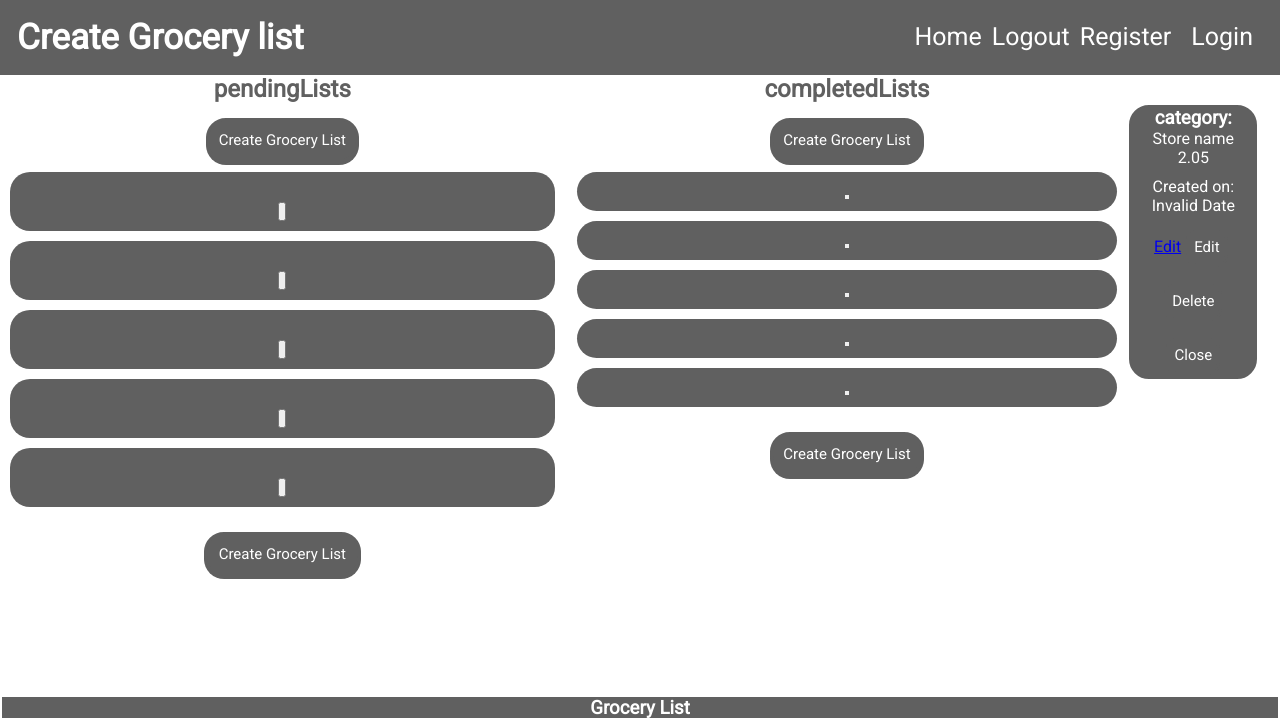
Repository: mhyder1/grocery-client
Page: /grocery-lists/1
The author's editor kept a copy of each file at every save. The page is drawn from the files as they stood at one save, then again after the next save.
The browser window is 1280 px wide. The pictures show the whole page.
The project was rebuilt for these pictures with package versions that can differ from the ones it lists, and the page was loaded fresh each time. Also part of the build but not shown: src/Components/Header/Header.js, src/Components/Errorpage/ErrorPage.js, src/Config/Config.js, src/services/AuthAPIService.js, src/services/TokenService.js, src/Components/Login/Login.js, src/Components/BackButton/BackButton.js, src/Components/ListForm/ListForm.js and 4 more.

Above is the page before, as saved 2020-12-22 23:54:46.

After the next save:
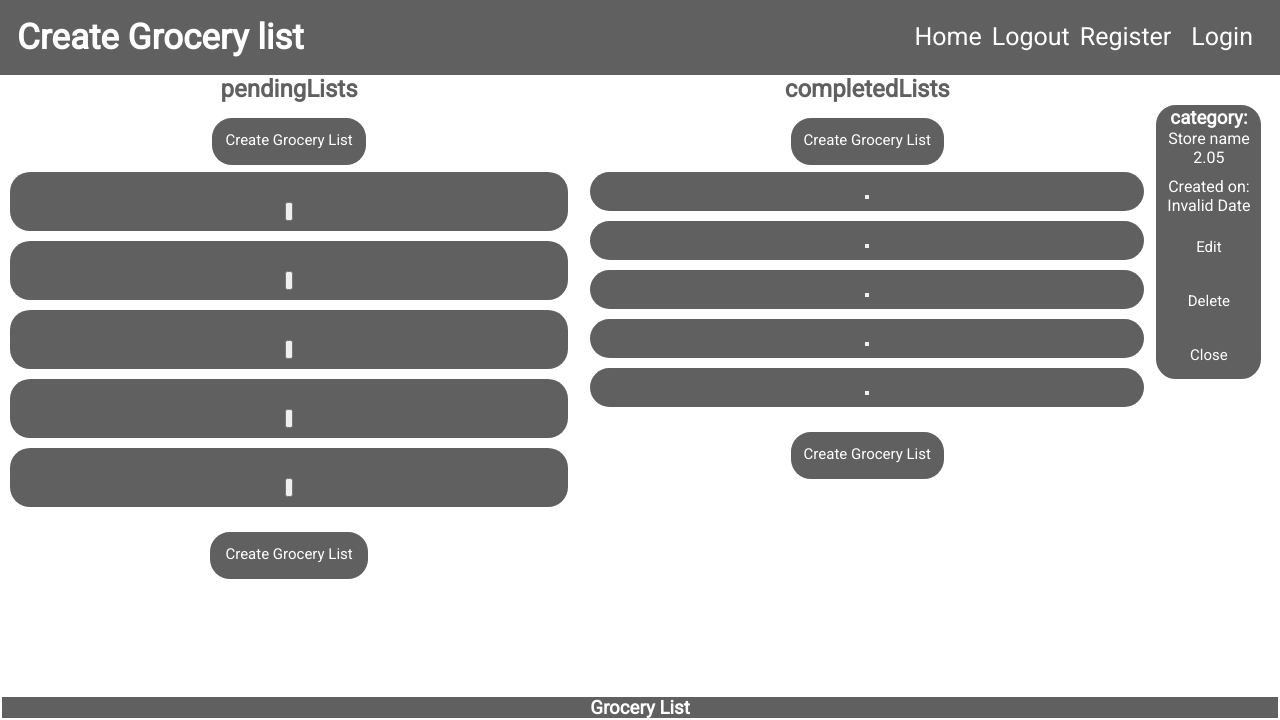
Saved 5 h 59 min later.
--- a/src/Components/Lists/List.js
+++ b/src/Components/Lists/List.js
@@ -47,7 +47,7 @@ class List extends React.Component {
 
                         </div> */}
                         <div className="edit-delete-list">
-                            <Link to={`/edit-lists/${list.id}`}>Edit
+                            <Link to={`/edit-lists/${list.id}`}>
                                 <button className="edit-button"> Edit</button>
 
                             </Link>
